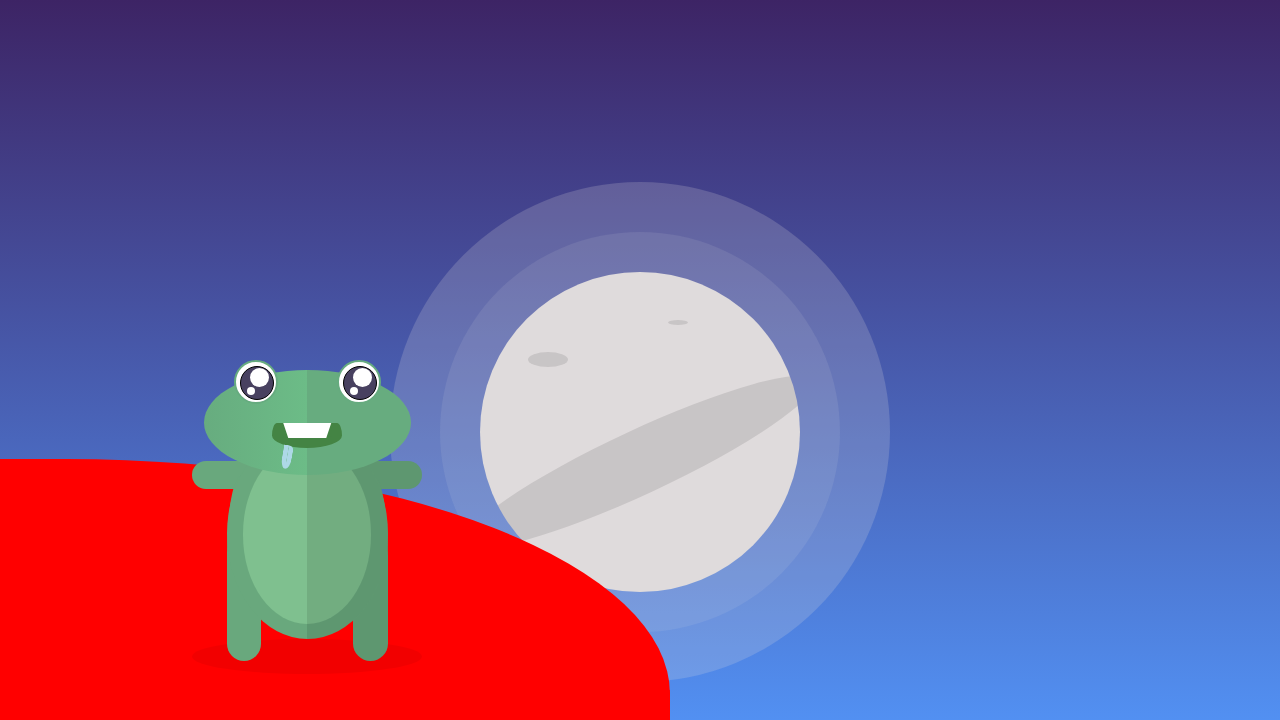
Repository: celinakhalife/cssCharacterDesign
Page: /
These files come from the project's save history. The page is drawn as it stood at one moment and after the next save; the edit follows.
The browser window is 1280 px wide. The pictures show the whole page.
The project was rebuilt for these pictures with package versions that can differ from the ones it lists, and the page was loaded fresh each time. Also part of the build but not shown: angular.json.

Above is the page before, as saved 2018-10-21 13:28:58.

After the next save:
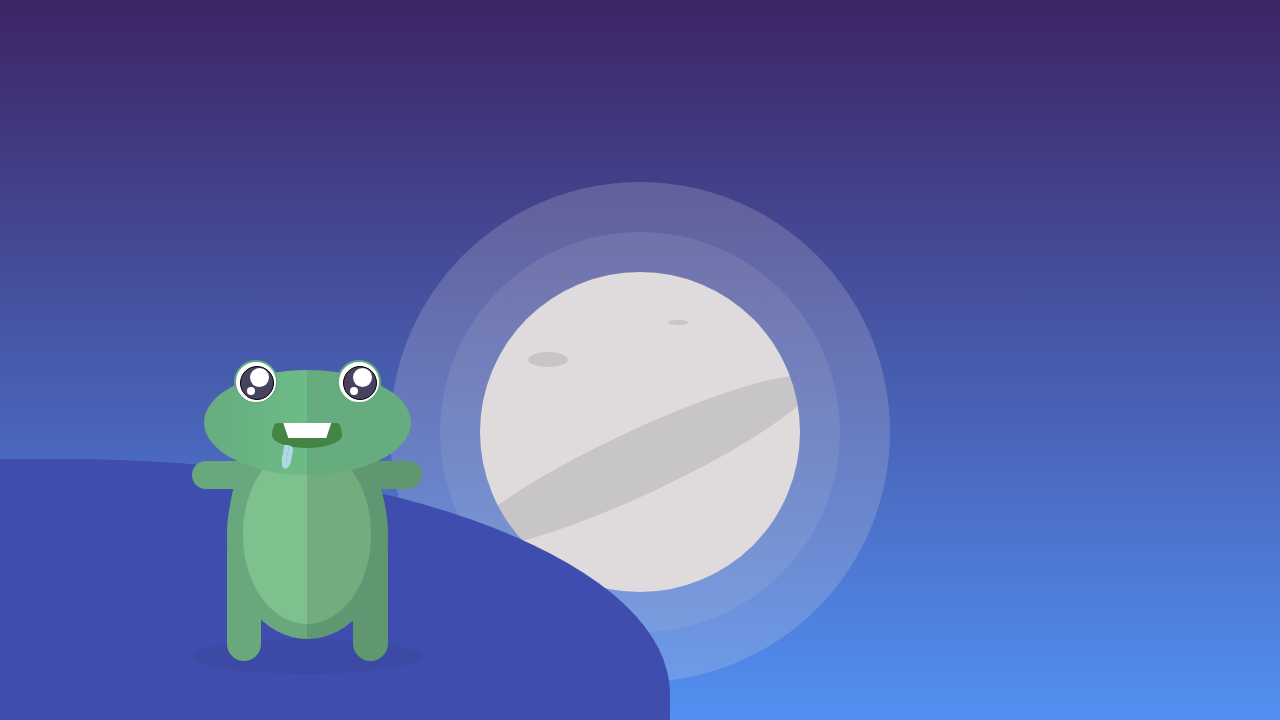
Saved 37 s later.
--- a/src/app/app.component.scss
+++ b/src/app/app.component.scss
@@ -91,7 +91,7 @@
     border-style: solid;
     border-radius: 0 90% 0% 0%;
     border-top: 15px solid transparent;
-    background-color: red;
-    border-color: red;
+    background-color: #3f4dae;
+    border-color: #3f4dae;
   }
 }
